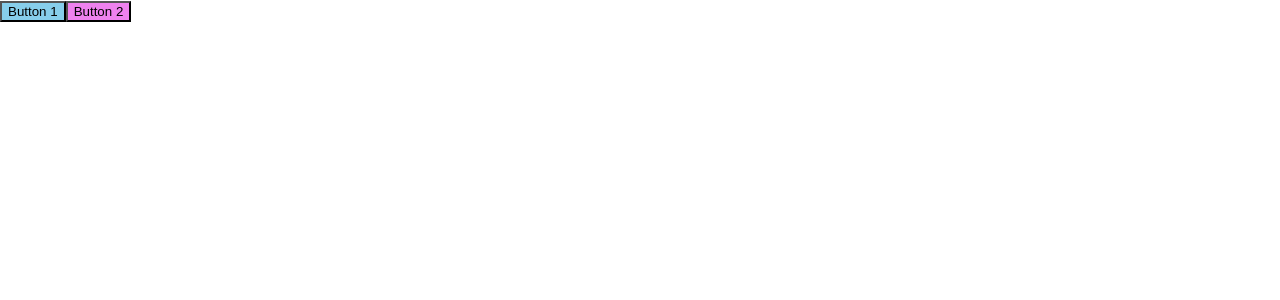
Repository: dnjfht/css-example
Page: /
These files come from the project's save history. The page is drawn as it stood at one moment and after the next save; the edit follows.
The browser window is 1280 px wide. The pictures show the whole page.
The project was rebuilt for these pictures with package versions that can differ from the ones it lists, and the page was loaded fresh each time.

Above is the page before, as saved 2023-05-11 16:05:13.

After the next save:
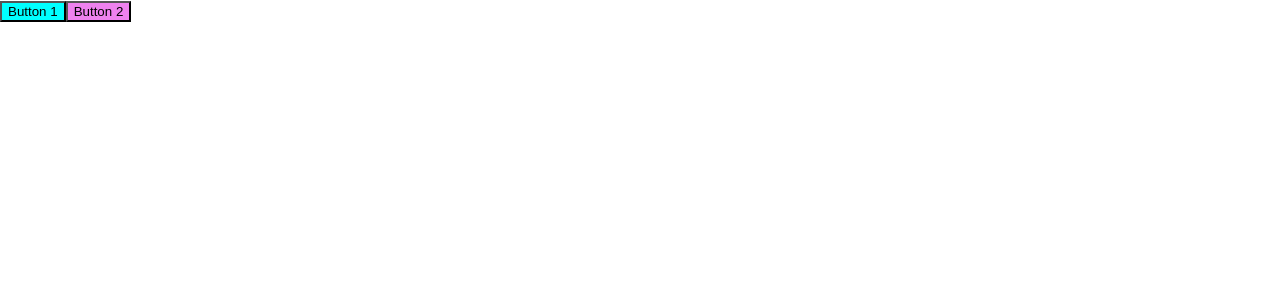
Saved 68 s later.
--- a/src/components/Button1.js
+++ b/src/components/Button1.js
@@ -1,5 +1,8 @@
 import React from "react";
 
 export default function Button1() {
-  return <button style={{ backgroundColor: "skyblue" }}>Button 1</button>;
+  return <button style={{ backgroundColor: "aqua" }}>Button 1</button>;
 }
+
+// 기본적인 css 파일을 사용했을 때의 문제점 :
+//
